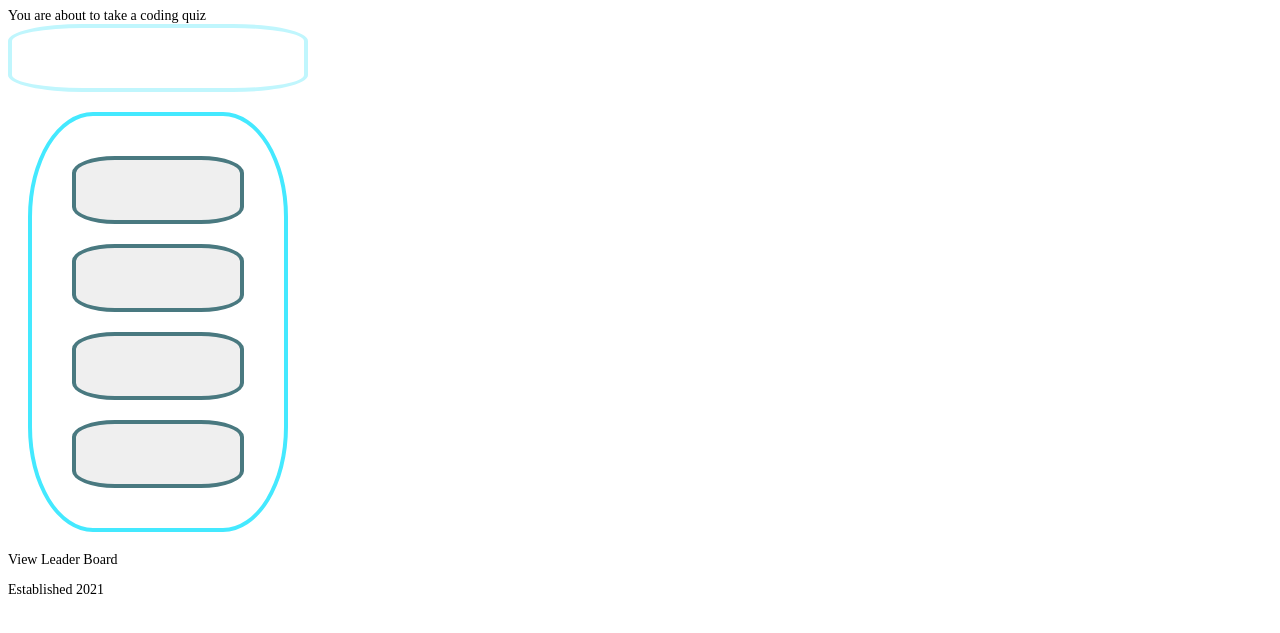
Repository: stuart-rickard/coding-quiz
Page: index.html
The author's editor kept a copy of each file at every save. The page is drawn from the files as they stood at one save, then again after the next save.
The browser window is 1280 px wide. The pictures show the whole page.

Above is the page before, as saved 2021-11-22 22:34:44.

### index.html
<!DOCTYPE html>
<html lang="en">

<head>
  <meta charset="UTF-8">
  <meta name="viewport" content="width=device-width, initial-scale=1.0">
  <meta http-equiv="X-UA-Compatible" content="ie=edge">
  <title>Coding Quiz</title>
  <link rel="stylesheet" href="./assets/css/style.css">
</head>

<body>
  <main>
    <div class="preamble">
      You are about to take a coding quiz
    </div>
    <div class="quiz-question-answerform">
      <div class="question">

      </div>
      <form class="answer-form">
        <button class="answer-button" id="#answer-a"></button>
        <button class="answer-button" id="#answer-b"></button>
        <button class="answer-button" id="#answer-c"></button>
        <button class="answer-button" id="#answer-d"></button>
      </form>
    </div>
  </main>


  <footer>
    <p>View Leader Board</p>
    <p>Established 2021</p>
  </footer>

  <script src="./assets/js/script.js"></script>
</body>

</html>

### assets/css/style.css
:root {
  --primary: #44e9ff;
  --secondary: #497980;
  --tertiary: rgb(192, 246, 253);
  --grey: #333;


  --regular-line-width: 4px;

  --border-radius-regular: 25%;
}

* {
    box-sizing: border-box;
    font-size: 14px;
  }

main {
    width: 300px;
}

.start {
    background-color: var(--primary);

}

.question {
    border: var(--regular-line-width) solid var(--tertiary);
    border-radius: var(--border-radius-regular);
    padding: 30px;
}

.answer-form {
    margin: 20px;
    border: var(--regular-line-width) solid var(--primary);
    border-radius: var(--border-radius-regular);
    padding: 30px;
    display: flex;
    flex-direction: column;
}

.answer-button {
    border: var(--regular-line-width) solid var(--secondary);
    border-radius: var(--border-radius-regular);
    padding: 30px;
    margin: 10px;
}

### assets/js/script.js
var taskIdCounter = 0;

/*
get questions / answers
randomize them
present them
record scores (including question #)
*/

After the next save:
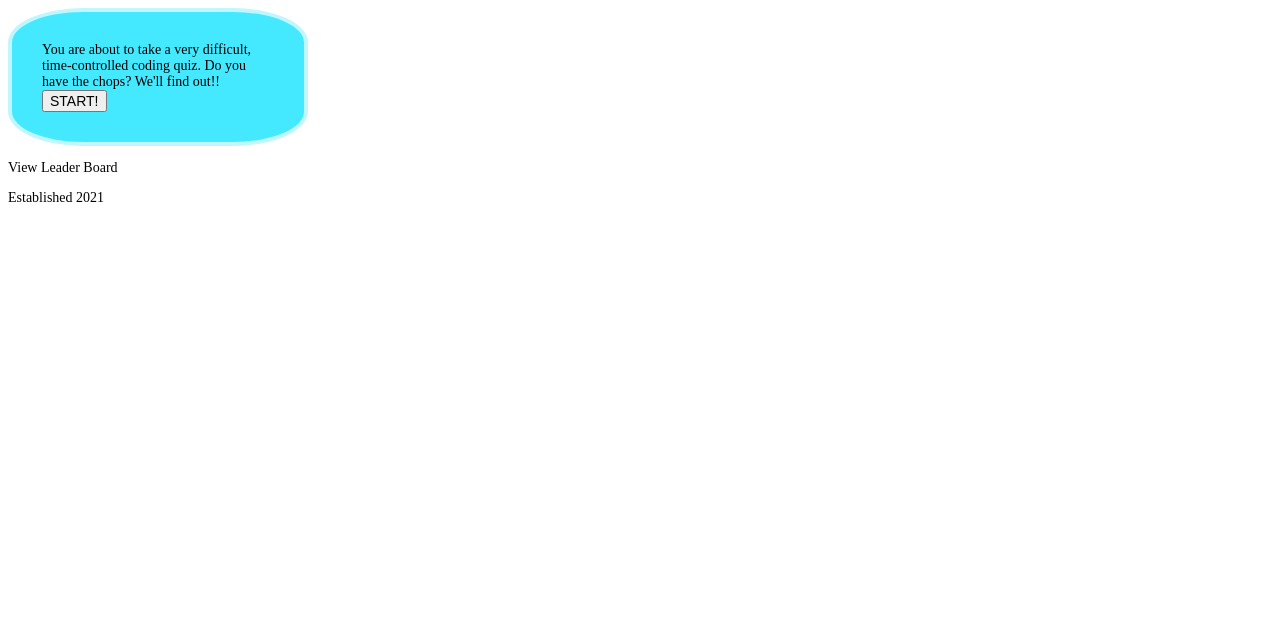
Saved 3 min 40 s later.
--- a/index.html
+++ b/index.html
@@ -11,10 +11,11 @@
 
 <body>
   <main>
-    <div class="preamble">
-      You are about to take a coding quiz
+    <div class="start">
+      You are about to take a very difficult, time-controlled coding quiz.  Do you have the chops?  We'll find out!!
+      <button class="start-button">START!</button>
     </div>
-    <div class="quiz-question-answerform">
+    <div class="div-question-answerform">
       <div class="question">
 
       </div>
--- a/assets/css/style.css
+++ b/assets/css/style.css
@@ -21,7 +21,13 @@
 
 .start {
     background-color: var(--primary);
+    border: var(--regular-line-width) solid var(--tertiary);
+    border-radius: var(--border-radius-regular);
+    padding: 30px;
+}
 
+.div-question-answerform {
+    display: none;
 }
 
 .question {
